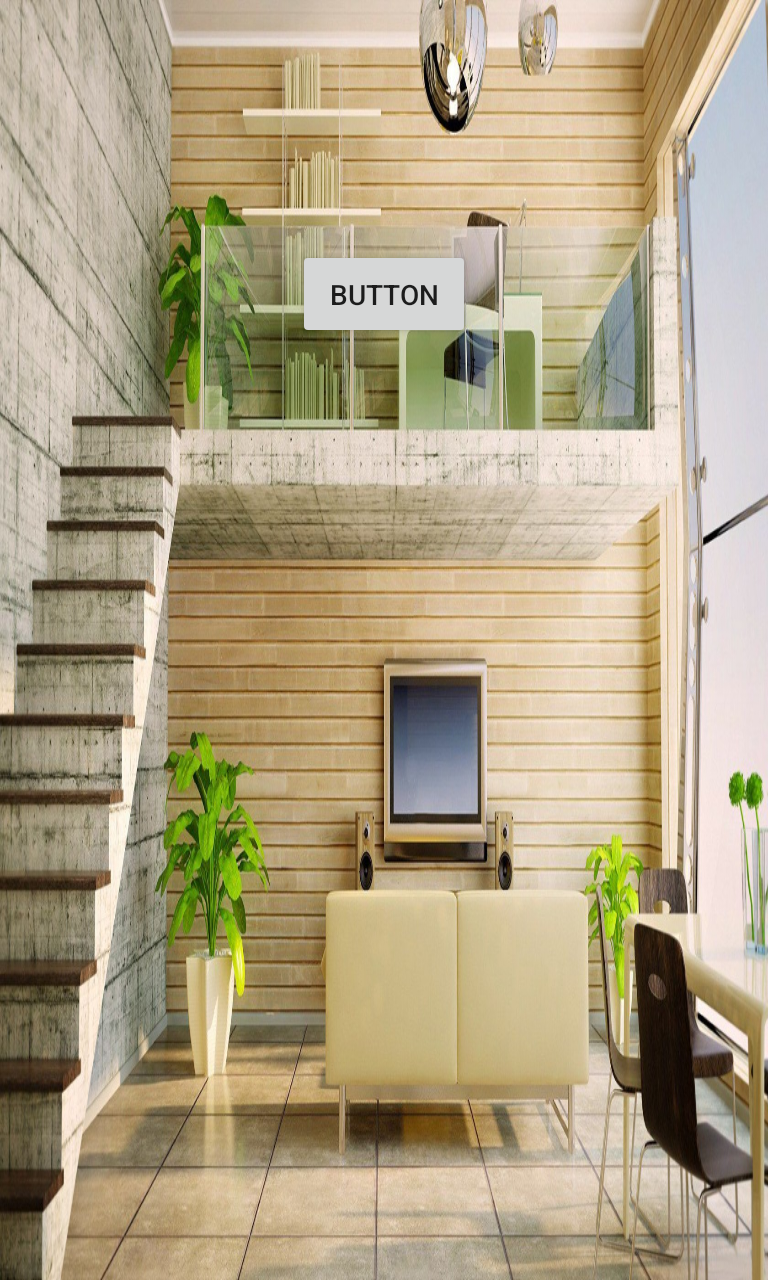
Repository: LogInc/oscar_app
Layout: Android/Oscar/res/layout/activity_home.xml
These files come from the project's save history. The layout is drawn as it stood at one moment and after the next save; the edit follows.
It is drawn on a 768 x 1280 px phone screen (xhdpi) without system bars, with theme AppTheme; the app's code is not run. Lists and similar views that code fills are empty.

Above is the layout before, as saved 2015-03-05 11:27:44.

### Android/Oscar/res/layout/activity_home.xml
<android.support.v4.widget.DrawerLayout xmlns:android="http://schemas.android.com/apk/res/android"
    android:id="@+id/drawer_layout"
    android:layout_width="match_parent"
    android:layout_height="match_parent" >

    <RelativeLayout
        android:layout_width="match_parent"
        android:layout_height="match_parent"
        android:background="@drawable/home" >

        <Button
            android:id="@+id/enterOscar"
            android:layout_width="wrap_content"
            android:layout_height="wrap_content"
            android:layout_alignParentTop="true"
            android:layout_centerHorizontal="true"
            android:layout_marginTop="123dp"
            android:text="Button" />

    </RelativeLayout>


    <FrameLayout
        android:id="@+id/content_frame"
        android:layout_width="match_parent"
        android:layout_height="match_parent" />

    <ListView
        android:id="@+id/left_drawer"
        android:layout_width="240dp"
        android:layout_height="match_parent"
        android:layout_gravity="start"
        android:background="#ffeeeeee"
        android:choiceMode="singleChoice"
        android:divider="@android:color/transparent"
        android:dividerHeight="0dp" />



</android.support.v4.widget.DrawerLayout>

Loaded but not shown: Android/Oscar/res/values/styles.xml (common file); Android/Oscar/res/values-v11/styles.xml (common file); Android/Oscar/res/values-v14/styles.xml (common file)

After the next save:
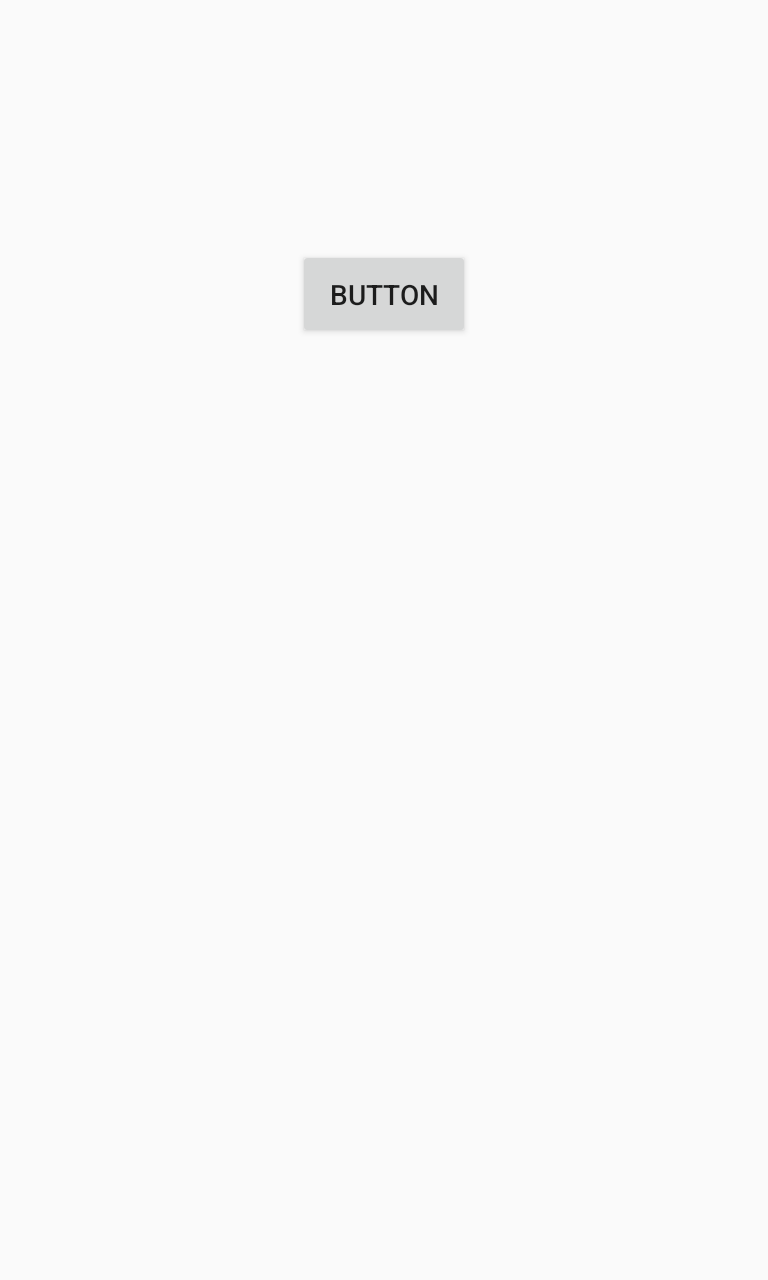
Saved 2 min 48 s later.
--- a/Android/Oscar/res/layout/activity_home.xml
+++ b/Android/Oscar/res/layout/activity_home.xml
@@ -6,7 +6,7 @@
     <RelativeLayout
         android:layout_width="match_parent"
         android:layout_height="match_parent"
-        android:background="@drawable/home" >
+         >
 
         <Button
             android:id="@+id/enterOscar"

After the 2 saves that followed:
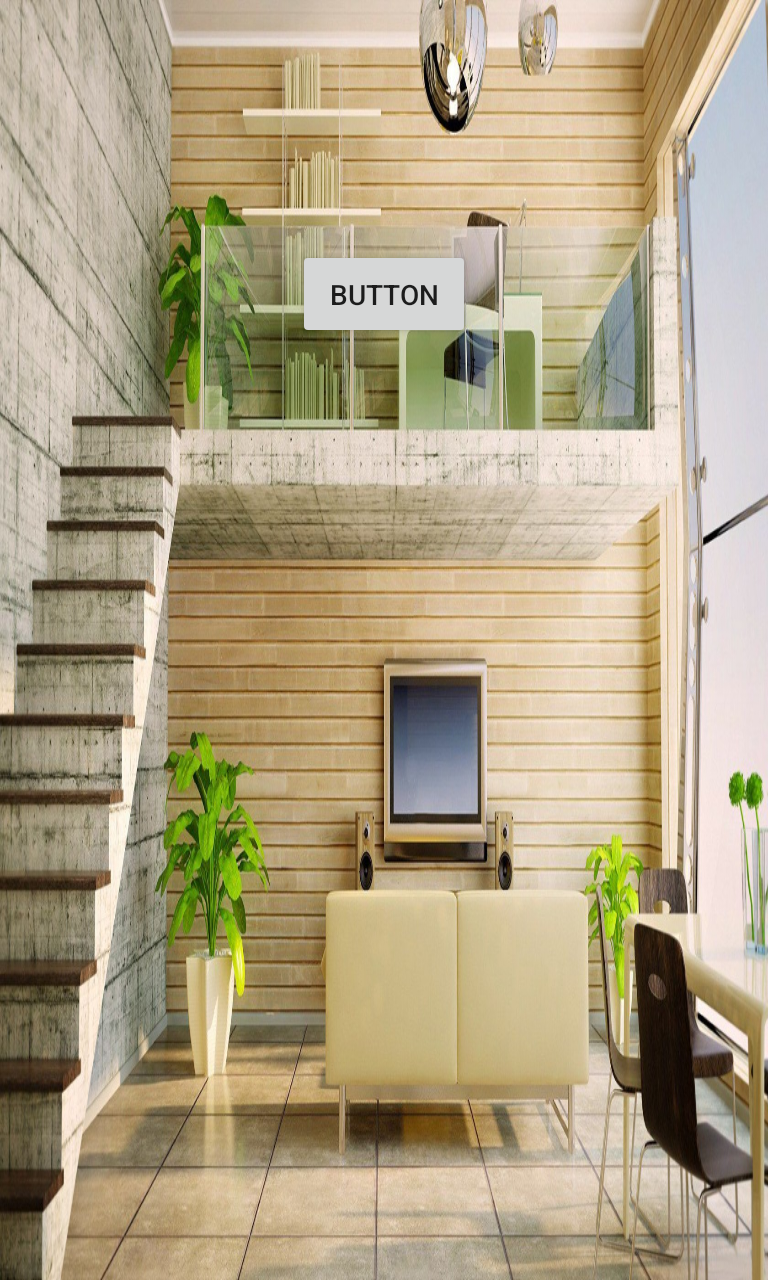
The 2 saves are shown as one change because 1 left the picture as it was.
The last was saved 2 min 11 s later.
--- a/Android/Oscar/res/layout/activity_home.xml
+++ b/Android/Oscar/res/layout/activity_home.xml
@@ -6,6 +6,7 @@
     <RelativeLayout
         android:layout_width="match_parent"
         android:layout_height="match_parent"
+        android:background="@drawable/home"
          >
 
         <Button
